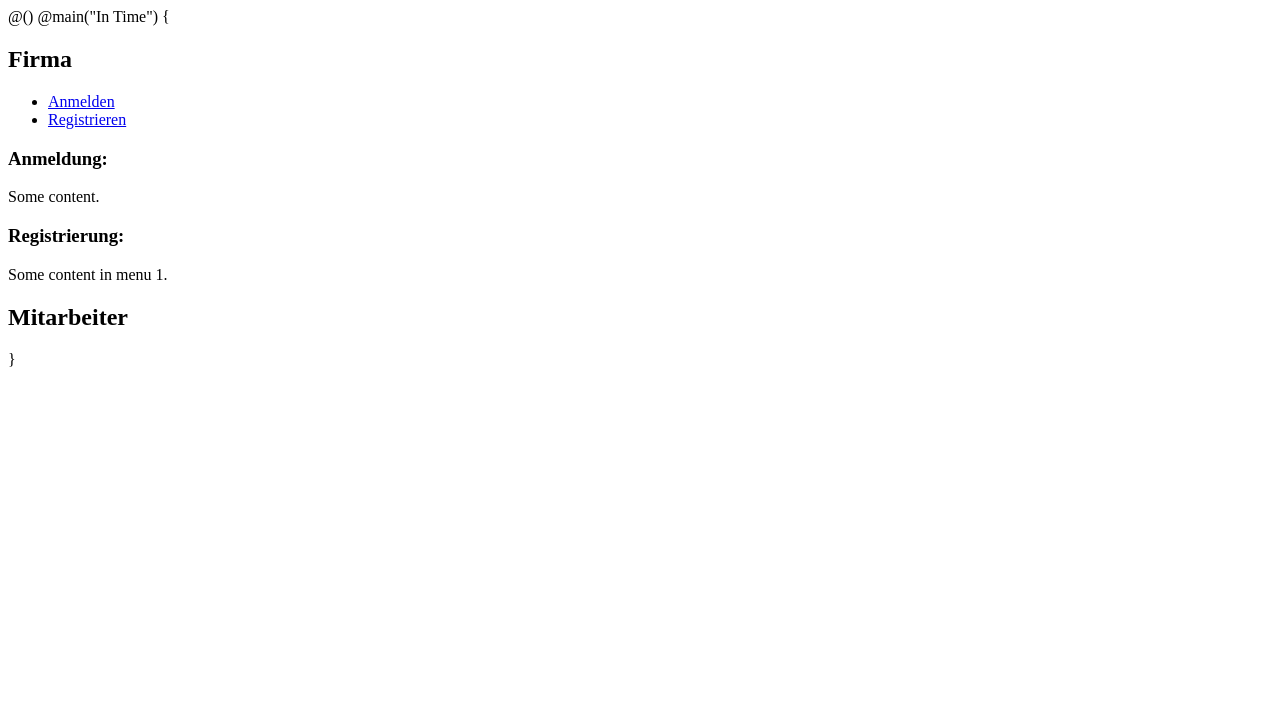
Repository: Avinukas/InTime
Page: intime/app/views/index.scala.html
These files come from the project's save history. The page is drawn as it stood at one moment and after the next save; the edit follows.
The browser window is 1280 px wide. The pictures show the whole page.

Above is the page before, as saved 2018-05-17 07:20:48.

After the next save:
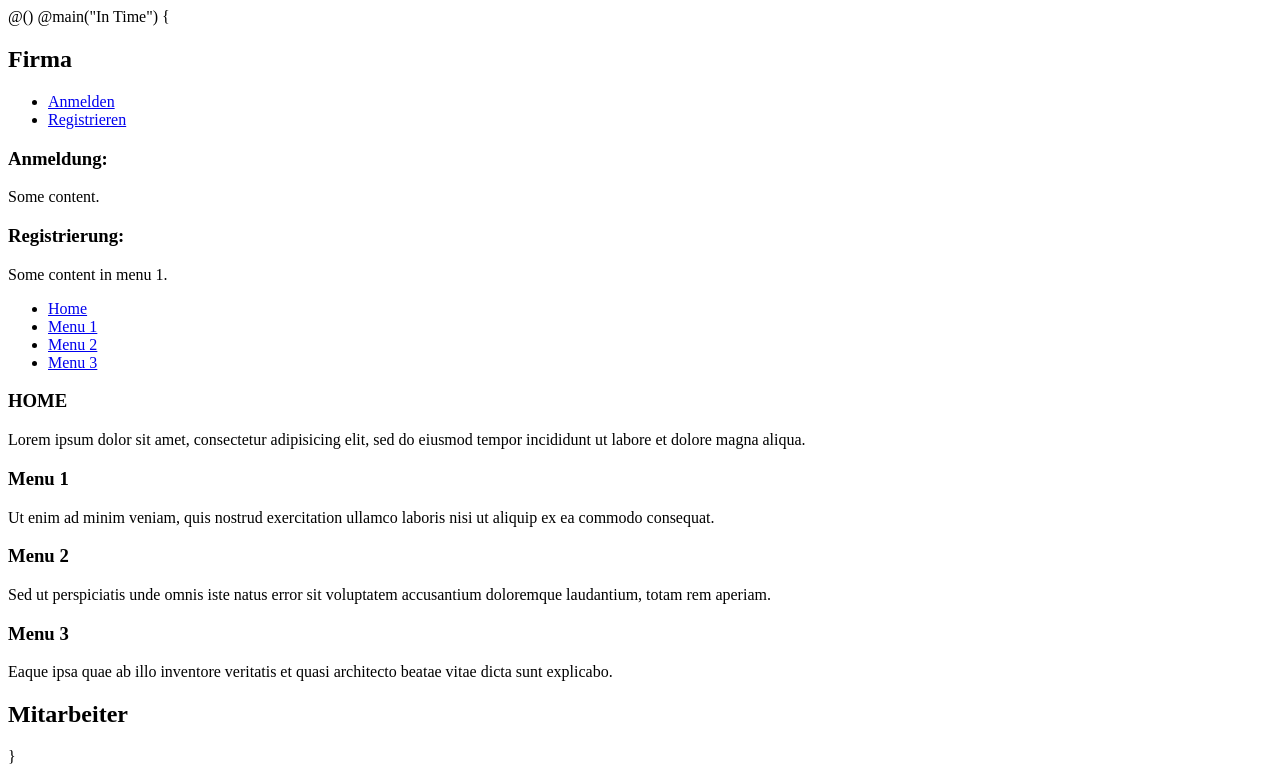
Saved 2 min 40 s later.
--- a/intime/app/views/index.scala.html
+++ b/intime/app/views/index.scala.html
@@ -17,6 +17,32 @@
 				<p>Some content in menu 1.</p>
 			</div>
 		</div>
+		 <ul class="nav nav-tabs">
+    <li class="active"><a data-toggle="tab" href="#home">Home</a></li>
+    <li><a data-toggle="tab" href="#menu1">Menu 1</a></li>
+    <li><a data-toggle="tab" href="#menu2">Menu 2</a></li>
+    <li><a data-toggle="tab" href="#menu3">Menu 3</a></li>
+  </ul>
+
+  <div class="tab-content">
+    <div id="home" class="tab-pane fade in active">
+      <h3>HOME</h3>
+      <p>Lorem ipsum dolor sit amet, consectetur adipisicing elit, sed do eiusmod tempor incididunt ut labore et dolore magna aliqua.</p>
+    </div>
+    <div id="menu1" class="tab-pane fade">
+      <h3>Menu 1</h3>
+      <p>Ut enim ad minim veniam, quis nostrud exercitation ullamco laboris nisi ut aliquip ex ea commodo consequat.</p>
+    </div>
+    <div id="menu2" class="tab-pane fade">
+      <h3>Menu 2</h3>
+      <p>Sed ut perspiciatis unde omnis iste natus error sit voluptatem accusantium doloremque laudantium, totam rem aperiam.</p>
+    </div>
+    <div id="menu3" class="tab-pane fade">
+      <h3>Menu 3</h3>
+      <p>Eaque ipsa quae ab illo inventore veritatis et quasi architecto beatae vitae dicta sunt explicabo.</p>
+    </div>
+  </div>
+</div>
 	</div>
 	<div class="two border">
 		<h2>Mitarbeiter</h2>
